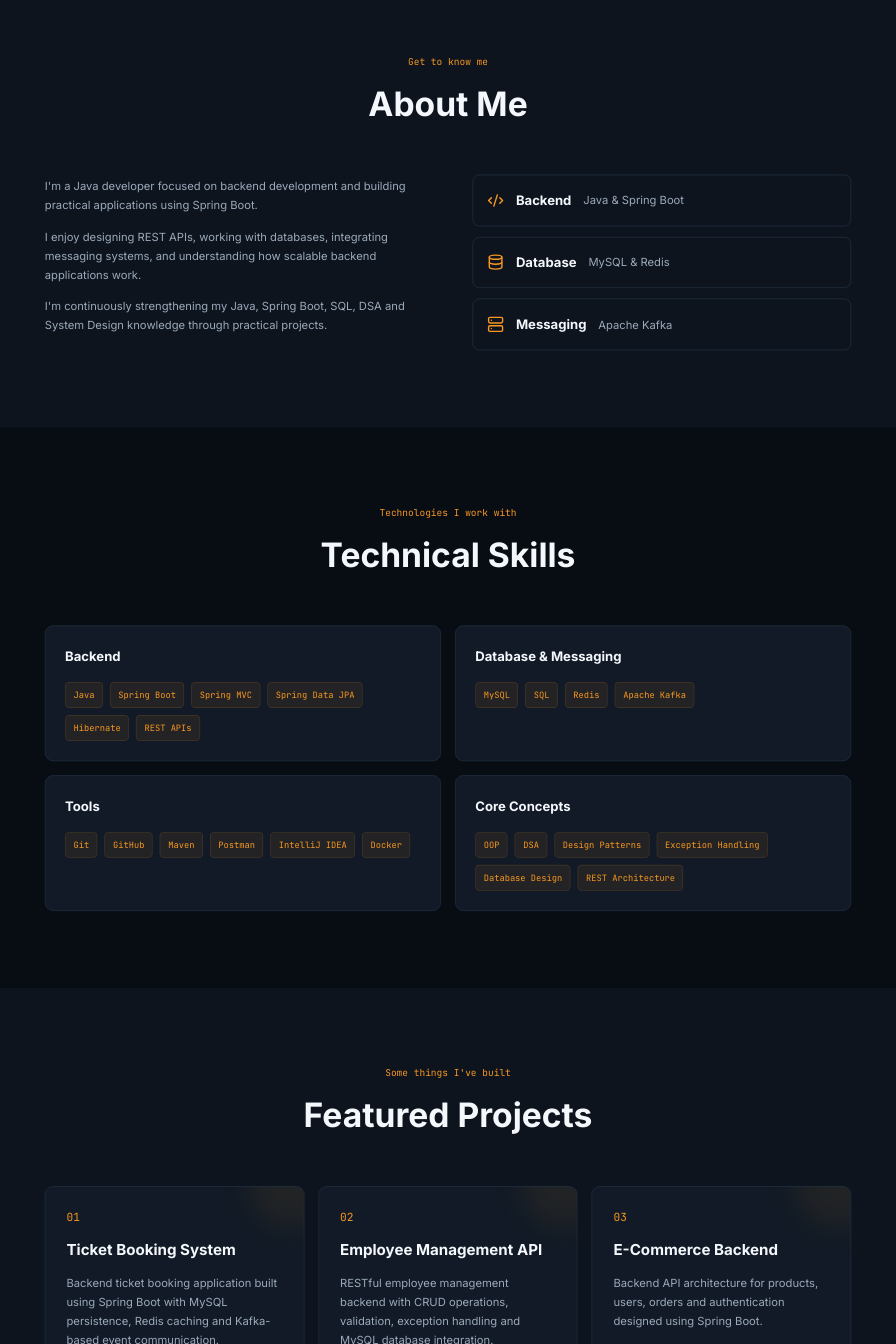
Repository: Rashi-Kirti06/En-Hi-Portfolio
Page: /
These files come from the project's save history. The page is drawn as it stood at one moment and after a run of saves; the edit follows.
The browser window is 1280 px wide. The pictures show the part of the page from y = 768 to 2688 px (the page is 4852 px tall before and 4872 px after), at 70% of full size.
The project was rebuilt for these pictures with package versions that can differ from the ones it lists, and the page was loaded fresh each time. Also part of the build but not shown: vite.config.js.

Above is the page before, as saved 2026-09-06 16:10:18.

After the next 4 saves:
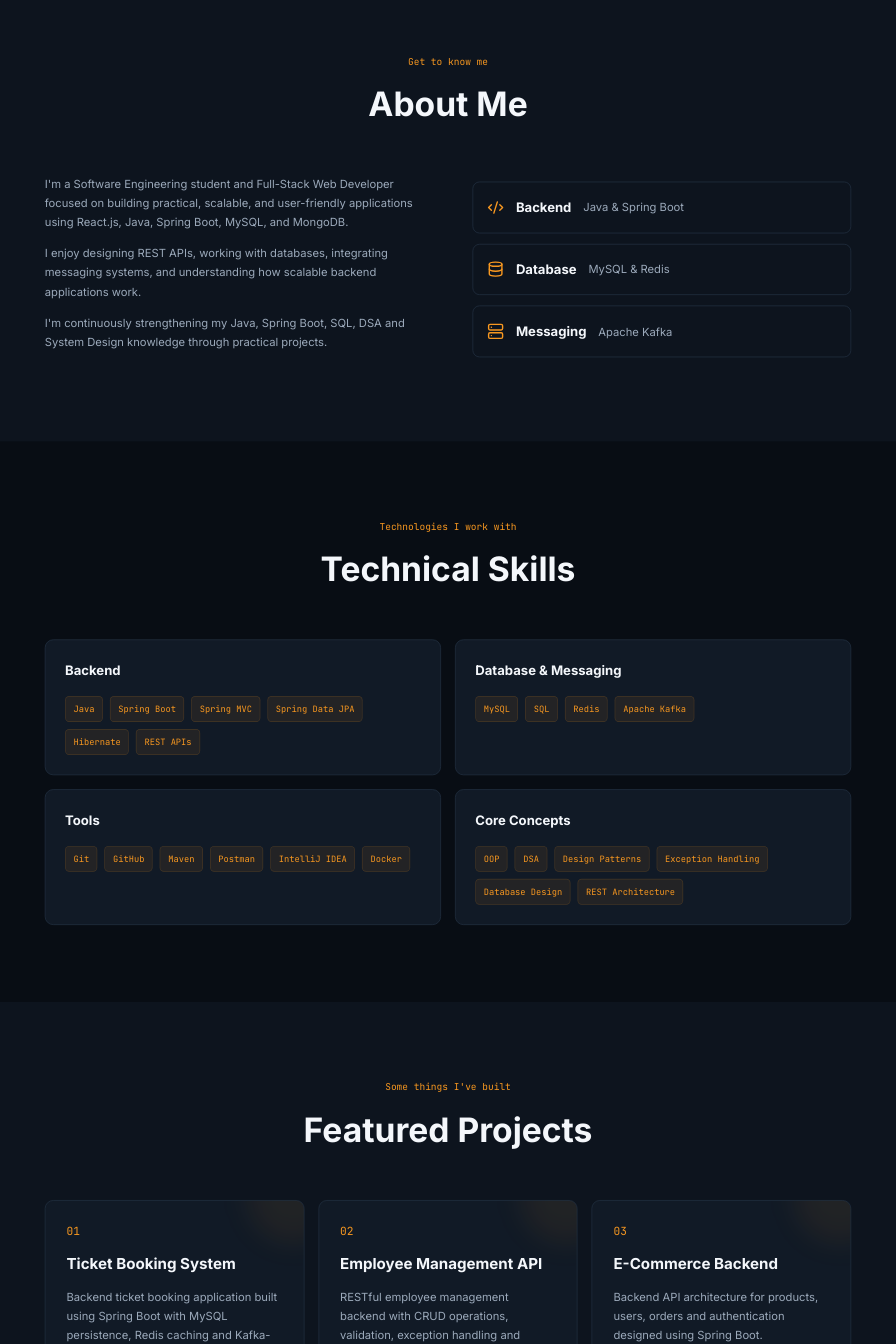
The 4 saves are shown as one change because they came seconds apart.
The last was saved 2 min 50 s later.
--- a/src/data/translations.jsx
+++ b/src/data/translations.jsx
@@ -22,8 +22,7 @@ export const translations = {
     about: {
       title: "About Me",
       subtitle: "Get to know me",
-      text1:
-        "I'm a Java developer focused on backend development and building practical applications using Spring Boot.",
+      text1: "I'm a Software Engineering student and Full-Stack Web Developer focused on building practical, scalable, and user-friendly applications using React.js, Java, Spring Boot, MySQL, and MongoDB.",
       text2:
         "I enjoy designing REST APIs, working with databases, integrating messaging systems, and understanding how scalable backend applications work.",
       text3:
